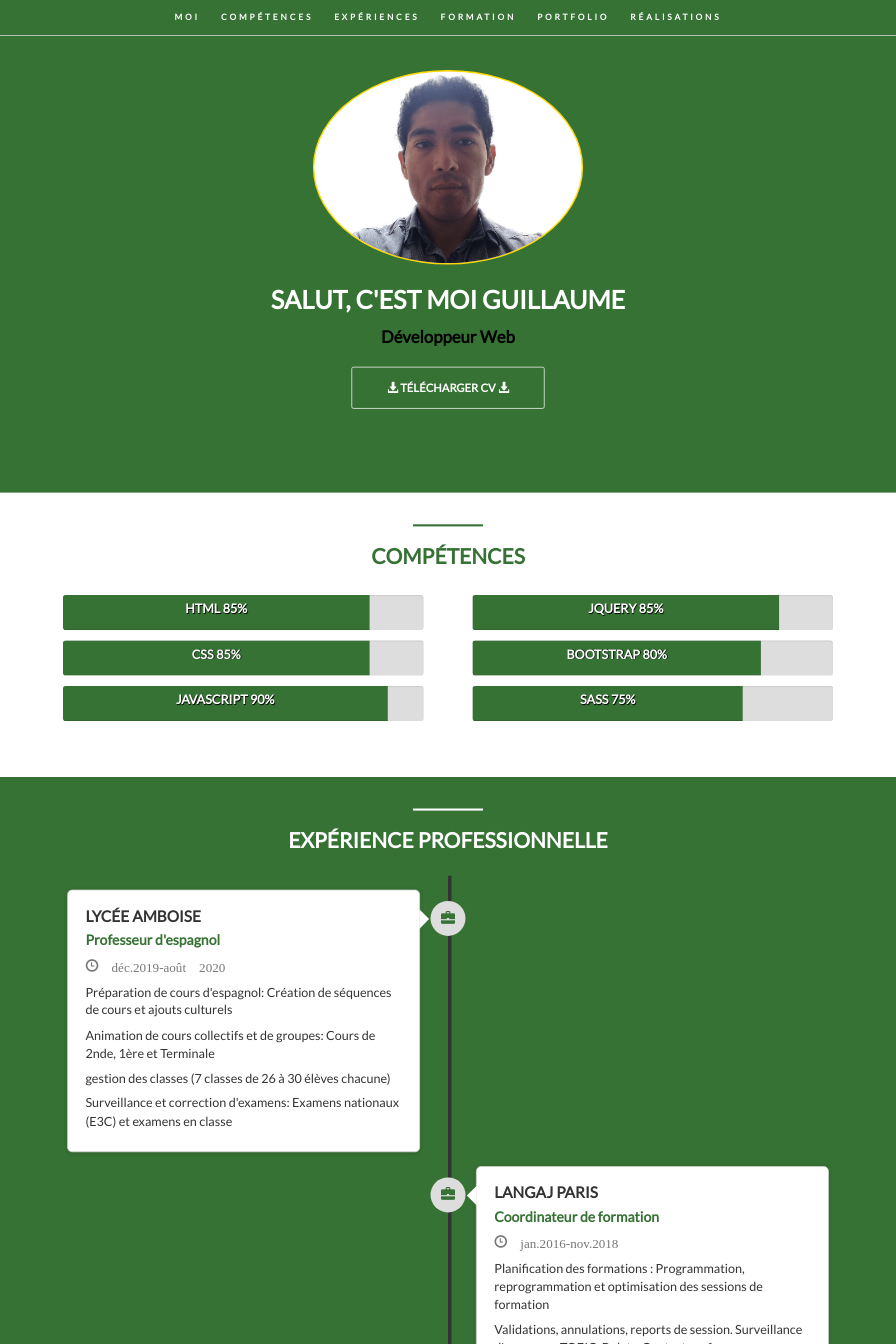
Repository: 0Memo/mon-cv
Page: index.html
These files come from the project's save history. The page is drawn as it stood at one moment and after the next save; the edit follows.
The browser window is 1280 px wide. The pictures show the part of the page from y = 0 to 1920 px (the page is 5375 px tall before and 5465 px after), at 70% of full size.

Above is the page before, as saved 2020-12-29 17:09:50.

After the next save:
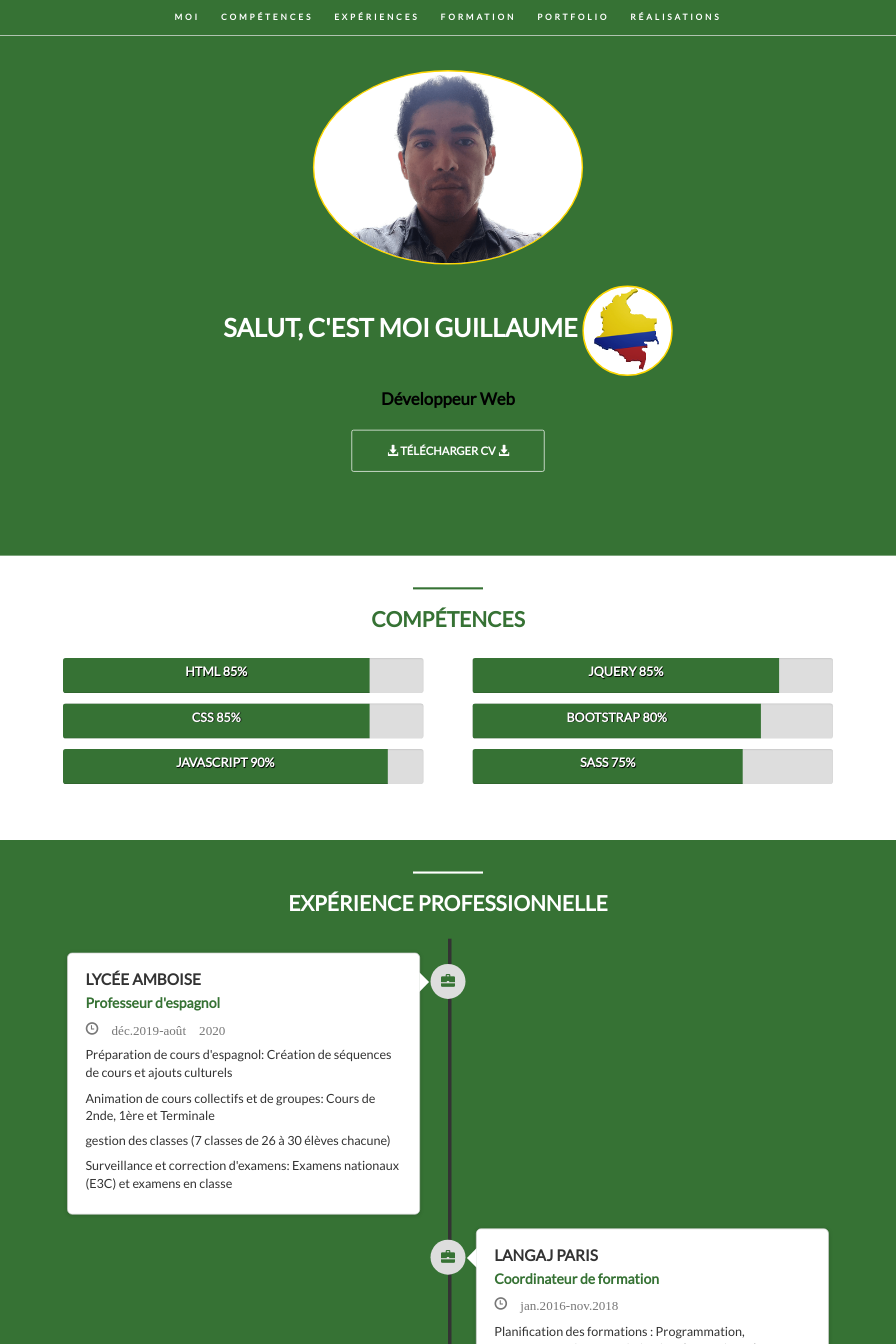
Saved 3 min 0 s later.
--- a/index.html
+++ b/index.html
@@ -40,7 +40,7 @@
                 <img src="img/photo.png" alt="Guillaume" class="rounded-circle">
             </div>
             <div class="heading">
-                <h1>Salut, c'est moi Guillaume</h1>
+                <h1>Salut, c'est moi Guillaume <img src="img/colombia.png" alt=""> </h1>
                 <h3>Développeur Web</h3>
                 <a href="docs/CV_Guillaume_Mehats.pdf" class="button1"><span class="glyphicon glyphicon-download-alt"></span>&nbsp;Télécharger CV&nbsp;<span class="glyphicon glyphicon-download-alt"></span></a>
             </div>
